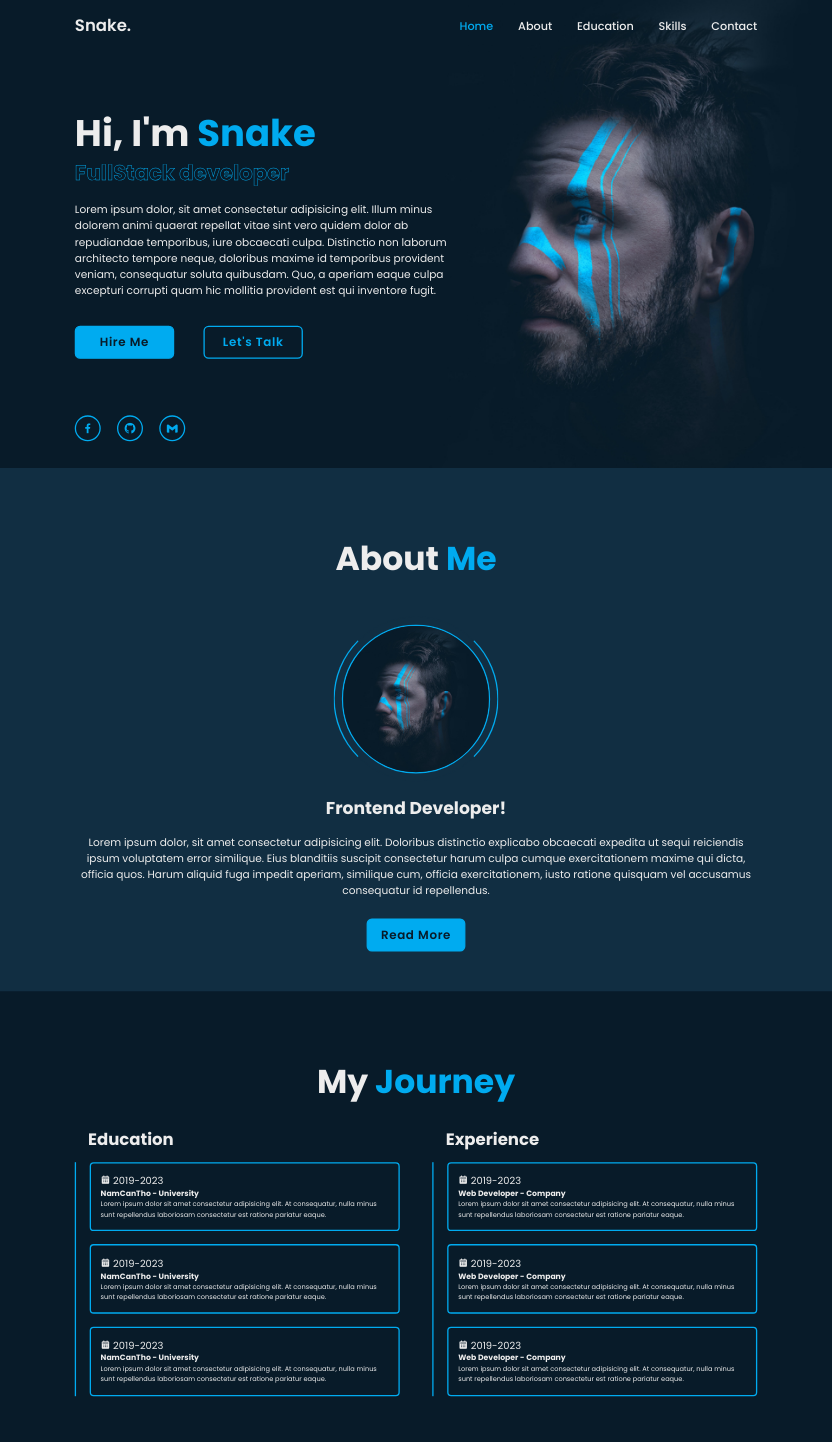
Repository: Tanty102/About_Me
Page: index.html
These files come from the project's save history. The page is drawn as it stood at one moment and after a run of saves; the edit follows.
The browser window is 1280 px wide. The pictures show the whole page, at 65% of full size.

Above is the page before, as saved 2023-09-12 18:39:58.

After the next 4 saves:
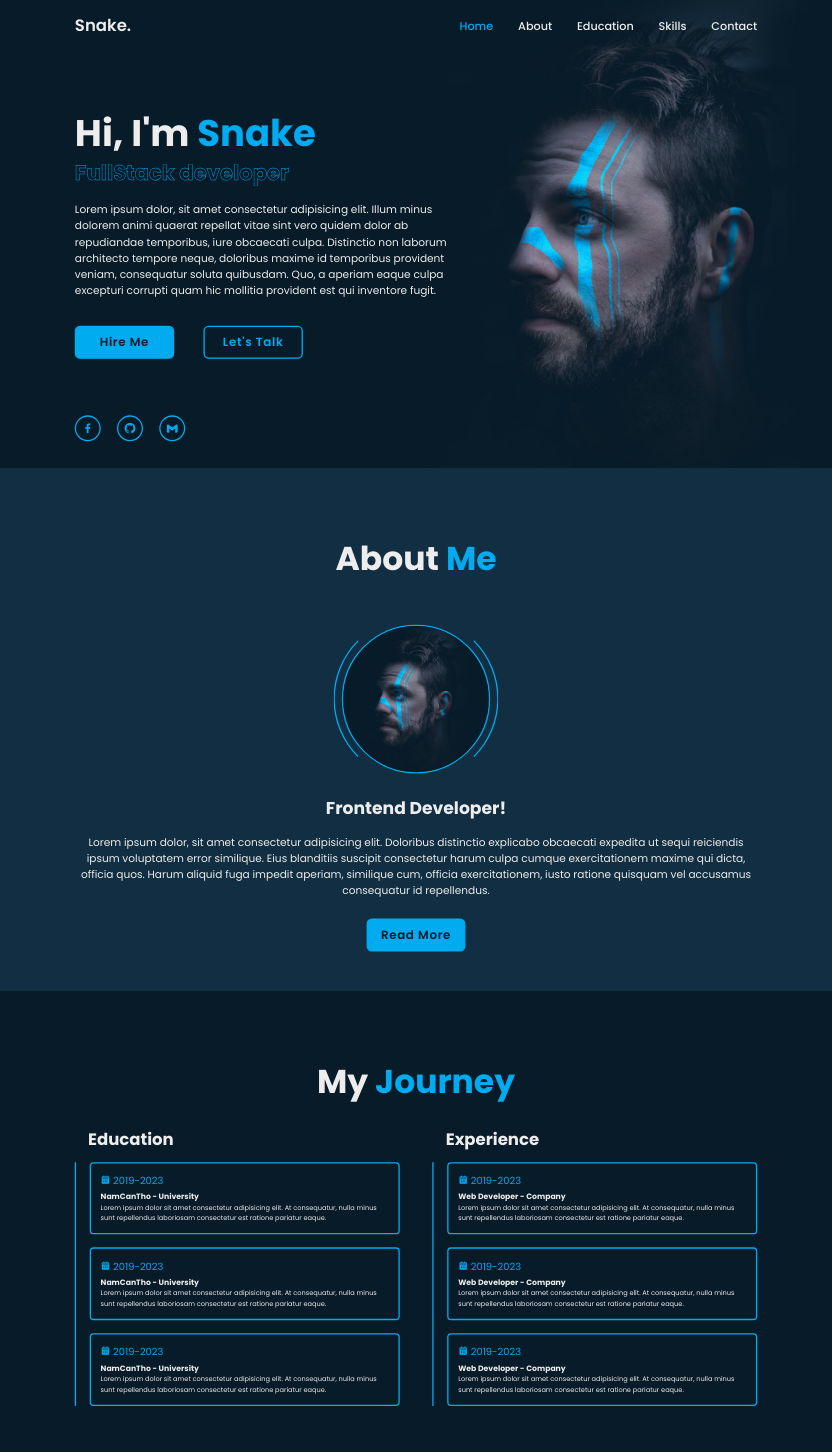
The 4 saves are shown as one change because they came seconds apart.
The last was saved 11 s later.
--- a/style.css
+++ b/style.css
@@ -323,7 +323,7 @@ span {
 }
 
 .education-column .education-box {
-  border-left: .2rem solid var(--main-color);
+  border-left: 0.2rem solid var(--main-color);
 }
 
 .education-box .education-content {
@@ -334,12 +334,13 @@ span {
 .education-content .content {
   position: relative;
   padding: 1.5rem;
-  border: .2rem solid var(--main-color);
-  border-radius: .6rem;
+  border: 0.2rem solid var(--main-color);
+  border-radius: 0.6rem;
   margin-bottom: 2rem;
 }
 
 .education-content .content .year {
   font-size: 1.5rem;
-  co
-}
+  color: var(--main-color);
+  padding-bottom: 0.5rem;
+}
